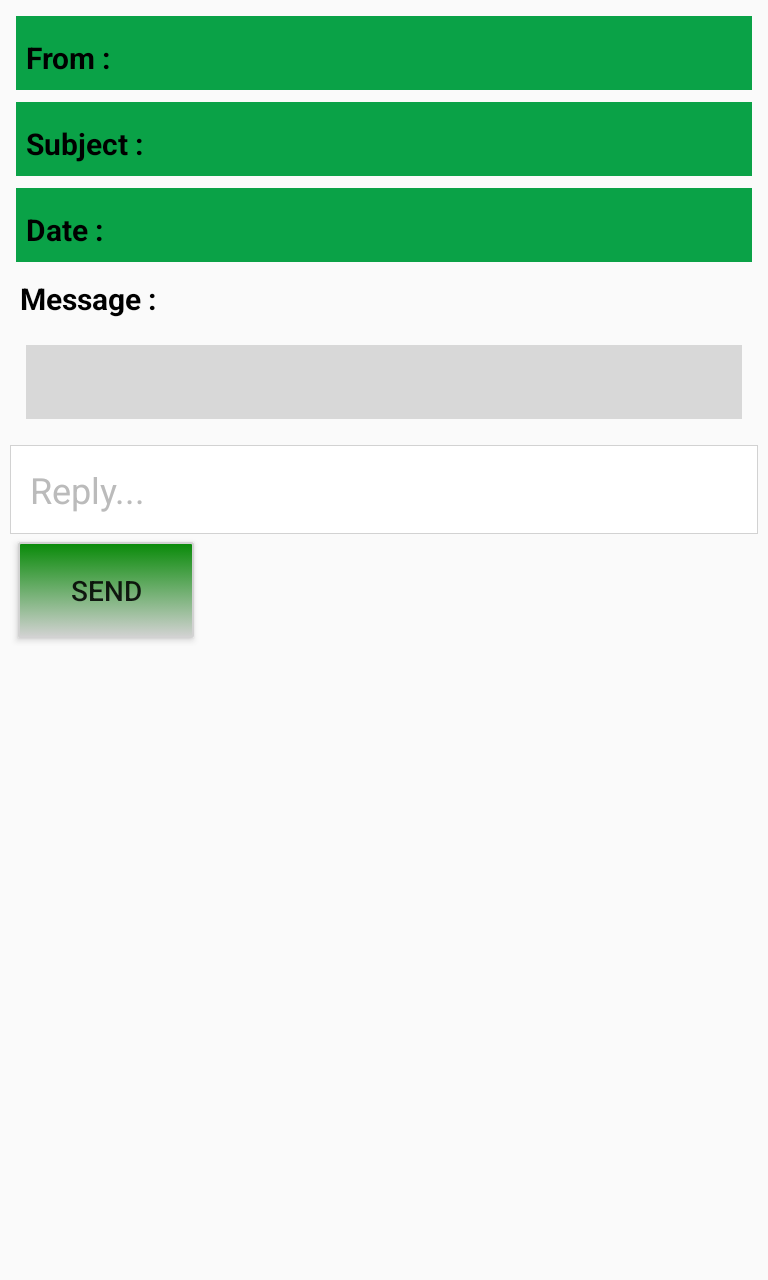
Repository: iguardian2015/iguardian-litchi
Layout: iguardian/res/layout/custom_inbox_view.xml
An editor plug-in stored every save of this project. The layout is shown before and after the next save, followed by the edit.
It is drawn on a 768 x 1280 px phone screen (xhdpi) without system bars, with theme AppTheme; the app's code is not run.

Above is the layout before, as saved 2015-01-12 08:44:53.

### iguardian/res/layout/custom_inbox_view.xml
<?xml version="1.0" encoding="utf-8"?>
<ScrollView xmlns:android="http://schemas.android.com/apk/res/android"
    android:layout_width="fill_parent"
    android:layout_height="fill_parent" >

    <LinearLayout
        android:layout_width="fill_parent"
        android:layout_height="fill_parent"
        android:padding="5dp"
        android:orientation="vertical" >

        <LinearLayout
            android:layout_width="match_parent"
            android:layout_height="wrap_content"
            android:layout_margin="3dp"
            android:background="#0AA247"
            android:orientation="horizontal" >

            <TextView
                android:id="@+id/from"
                android:layout_width="wrap_content"
                android:layout_height="wrap_content"
                android:padding="5dp"
                android:text="From :"
                android:textAppearance="?android:attr/textAppearanceLarge"
                android:textColor="#000000"
                android:textSize="15dp"
                android:textStyle="bold" />

            <TextView
                android:id="@+id/name"
                android:layout_width="wrap_content"
                android:layout_height="wrap_content"
                android:padding="5dp"
                android:textAppearance="?android:attr/textAppearanceLarge"
                android:textColor="#000000"
                android:textSize="20dp"
                android:textStyle="italic" />
        </LinearLayout>

        <LinearLayout
            android:layout_width="match_parent"
            android:layout_height="wrap_content"
            android:layout_margin="3dp"
            android:background="#0AA247"
            android:orientation="horizontal" >

            <TextView
                android:id="@+id/subject"
                android:layout_width="wrap_content"
                android:layout_height="wrap_content"
                android:padding="5dp"
                android:text="Subject :"
                android:textAppearance="?android:attr/textAppearanceLarge"
                android:textColor="#000000"
                android:textSize="15dp"
                android:textStyle="bold" />

            <TextView
                android:id="@+id/message_subject"
                android:layout_width="wrap_content"
                android:layout_height="wrap_content"
                android:padding="5dp"
                android:textAppearance="?android:attr/textAppearanceLarge"
                android:textColor="#000000"
                android:textSize="20dp"
                android:textStyle="italic" />
        </LinearLayout>

        <LinearLayout
            android:layout_width="match_parent"
            android:layout_height="wrap_content"
            android:layout_margin="3dp"
            android:background="#0AA247"
            android:orientation="horizontal" >

            <TextView
                android:id="@+id/dates"
                android:layout_width="wrap_content"
                android:layout_height="wrap_content"
                android:padding="5dp"
                android:text="Date :"
                android:textAppearance="?android:attr/textAppearanceLarge"
                android:textColor="#000000"
                android:textSize="15dp"
                android:textStyle="bold" />

            <TextView
                android:id="@+id/date"
                android:layout_width="wrap_content"
                android:layout_height="wrap_content"
                android:padding="5dp"
                android:textAppearance="?android:attr/textAppearanceLarge"
                android:textColor="#000000"
                android:textSize="20dp"
                android:textStyle="italic" />
        </LinearLayout>
			 <TextView
                android:id="@+id/message"
                android:layout_width="wrap_content"
                android:layout_height="wrap_content"
                android:padding="5dp"
                android:text="Message :"
                android:textAppearance="?android:attr/textAppearanceLarge"
                android:textColor="#000000"
                android:textSize="15dp"
                android:textStyle="bold" />


            <TextView
                android:id="@+id/mes"
                android:layout_width="match_parent"
                android:layout_height="wrap_content"
                android:layout_margin="8dp"
                android:padding="5dp"
                android:paddingTop="10dp"
                android:background="#D8D8D8"
                android:textAppearance="?android:attr/textAppearanceLarge"
                android:textColor="#525250"
                android:textSize="20dp"
                android:textStyle="italic" />








        <!-- <LinearLayout
            android:layout_width="match_parent"
            android:layout_height="wrap_content"
            android:layout_margin="3dp"
            android:orientation="horizontal" > -->

            <!-- <EditText
                android:id="@+id/reply_message"
                android:layout_width="wrap_content"
                android:layout_height="wrap_content"
                android:layout_margin="8dp"
                android:hint="Write message..."
                android:inputType="textMultiLine"
                android:padding="15dp" />
 -->
           <!--  <Button
                android:id="@+id/send_message"
                android:layout_width="wrap_content"
                android:layout_height="wrap_content"
                android:layout_margin="8dp"
                android:text="Send" /> -->

            <EditText
            android:id="@+id/reply_message"
            android:layout_width="match_parent"
            android:layout_height="match_parent"
            android:layout_marginTop="5dp"
            android:background="@drawable/edittext_default_bg"
            android:hint="Reply..."
            android:inputType="textMultiLine"
            android:padding="10dp"
            android:textColorHint="#bbbbbb" />

        <Button
            android:id="@+id/send_message"
            android:layout_width="wrap_content"
            android:layout_height="match_parent"
            android:layout_margin="4dp"
            android:background="@drawable/button_default_bg"
            android:padding="10dp"
            android:text="Send" />


    </LinearLayout>

</ScrollView>

### iguardian/res/values/styles.xml
<resources>

    <!--
        Base application theme, dependent on API level. This theme is replaced
        by AppBaseTheme from res/values-vXX/styles.xml on newer devices.
    -->
    <style name="AppBaseTheme" parent="Theme.AppCompat.Light">
        <!--
            Theme customizations available in newer API levels can go in
            res/values-vXX/styles.xml, while customizations related to
            backward-compatibility can go here.
        -->
    </style>

    <!-- Application theme. -->
    <style name="AppTheme" parent="AppBaseTheme">
        <!-- All customizations that are NOT specific to a particular API-level can go here. -->
    </style>

    <style name="DefaultButtonText">
       <item name="android:layout_width">fill_parent</item>
        <item name="android:layout_height">wrap_content</item>
        <item name="android:textColor">#FFFFFF</item>
        <item name="android:gravity">center</item>
        <item name="android:layout_margin">3dp</item>
        <item name="android:textStyle">normal</item>
        <item name="android:textSize">20sp</item>
        <item name="android:shadowColor">#f9f9f9</item>
        <item name="android:shadowDx">1</item>
        <item name="android:shadowDy">1</item>
        <item name="android:shadowRadius">1</item>
    </style>

    <style name="btnStyleBeige" parent="@android:style/Widget.Button">
       <item name="android:textSize">15sp</item>
       <item name="android:textStyle">bold</item>
       <item name="android:textColor">#5d6153</item>
       <item name="android:gravity">center</item>
       <item name="android:shadowColor">#000000</item>
       <item name="android:shadowDx">1</item>
       <item name="android:shadowDy">1</item>
       <item name="android:shadowRadius">0.6</item>
       <item name="android:background">@drawable/custom_button</item>
       <item name="android:padding">10dip</item>
   </style>

</resources>

### iguardian/res/drawable-hdpi/edittext_default_bg.xml
<?xml version="1.0" encoding="utf-8"?>
<shape xmlns:android="http://schemas.android.com/apk/res/android"
    android:shape="rectangle" android:padding="5dp">
     <solid android:color="#FFFFFF"/>
     <stroke
        android:width="0.5dp"
        android:color="#d2d2d2" />
</shape>

### iguardian/res/drawable-hdpi/button_default_bg.xml
<?xml version="1.0" encoding="utf-8"?>
<selector xmlns:android="http://schemas.android.com/apk/res/android">
    <item  android:state_pressed="true" >
        <shape>
            <solid
                android:color="#f8f9fa" />
            <stroke
                android:width="1dp"
                android:color="#8CDA2C" />
            <corners
                android:radius="1dp" />

        </shape>
    </item>
    <item>
        <shape>
            <gradient
                android:startColor="#088A08"
                android:endColor="#d2d2d2"
                android:angle="270" />
            <stroke
                android:width="1dp"
                android:color="#d2d2d2" />
            <corners
                android:radius="1dp" />

        </shape>
    </item>
</selector>

Loaded but not shown: iguardian/res/values-v11/styles.xml (common file); iguardian/res/values-v14/styles.xml (common file)

After the next save:
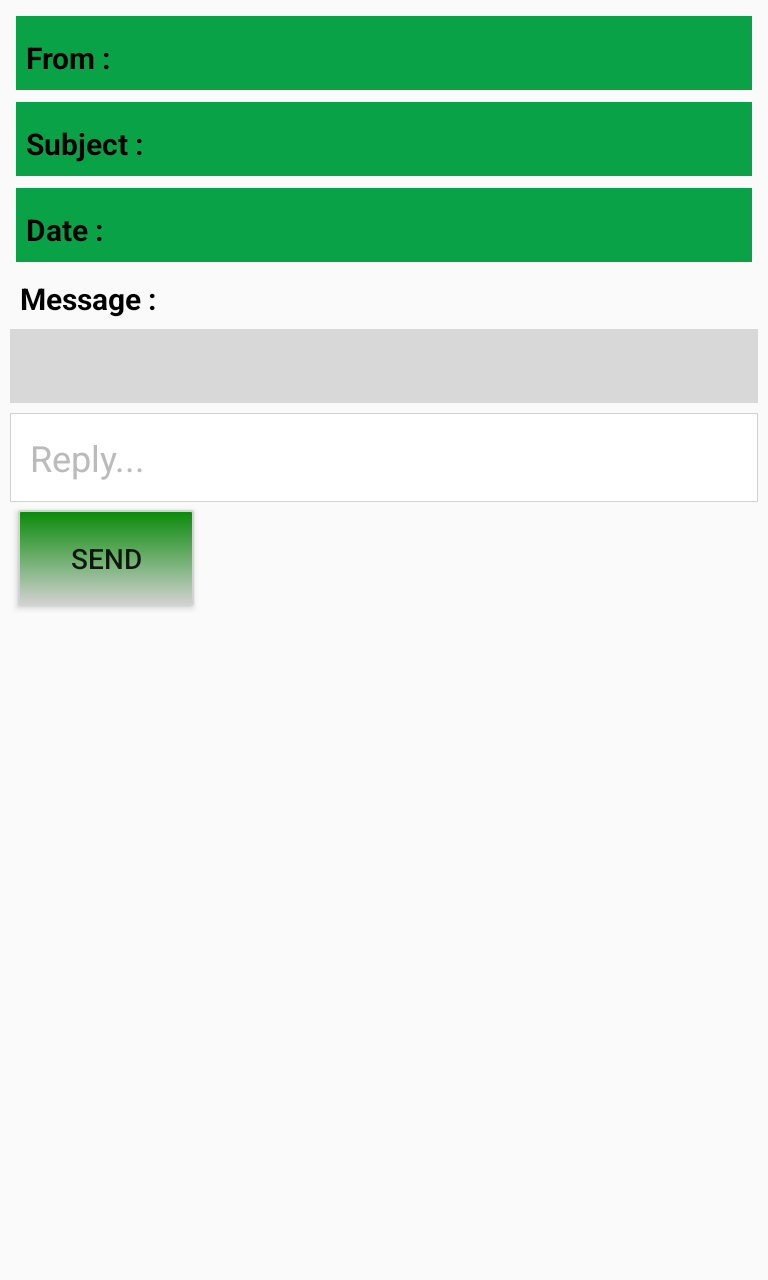
Saved 106 s later.
--- a/iguardian/res/layout/custom_inbox_view.xml
+++ b/iguardian/res/layout/custom_inbox_view.xml
@@ -111,7 +111,7 @@
                 android:id="@+id/mes"
                 android:layout_width="match_parent"
                 android:layout_height="wrap_content"
-                android:layout_margin="8dp"
+
                 android:padding="5dp"
                 android:paddingTop="10dp"
                 android:background="#D8D8D8"
